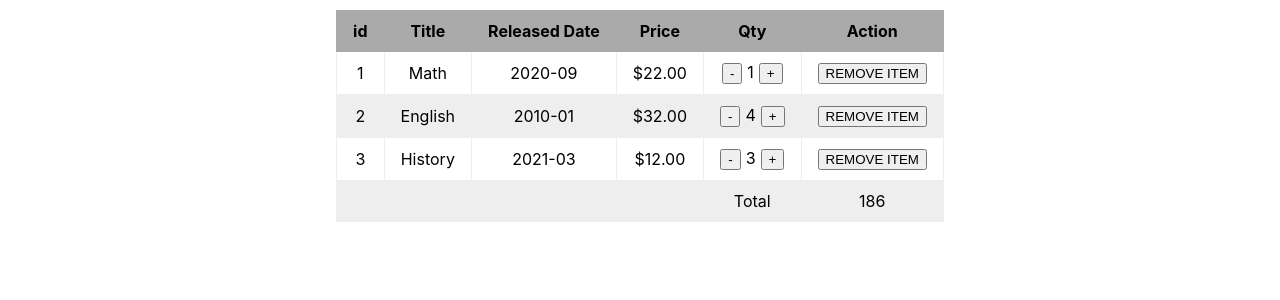
Repository: vgg1kkh/myBookStoreBasket
Page: /
These files come from the project's save history. The page is drawn as it stood at one moment and after a run of saves; the edit follows.
The browser window is 1280 px wide. The pictures show the whole page.
The project was rebuilt for these pictures with package versions that can differ from the ones it lists, and the page was loaded fresh each time.

Above is the page before, as saved 2021-10-07 16:53:01.

After the next 2 saves:
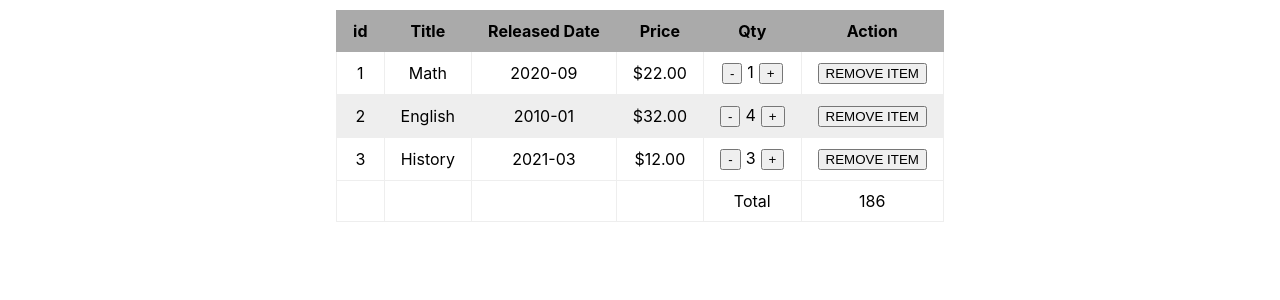
The 2 saves are shown as one change because they came seconds apart.
The last was saved 8 s later.
--- a/src/App.css
+++ b/src/App.css
@@ -20,7 +20,7 @@ table tbody tr:nth-child(2n){
 }
 
 table tbody tr:last-child{
-    background-color: #e;
+    background-color: #fff;
 }
 .book-qty {
     margin: 0 5px;
